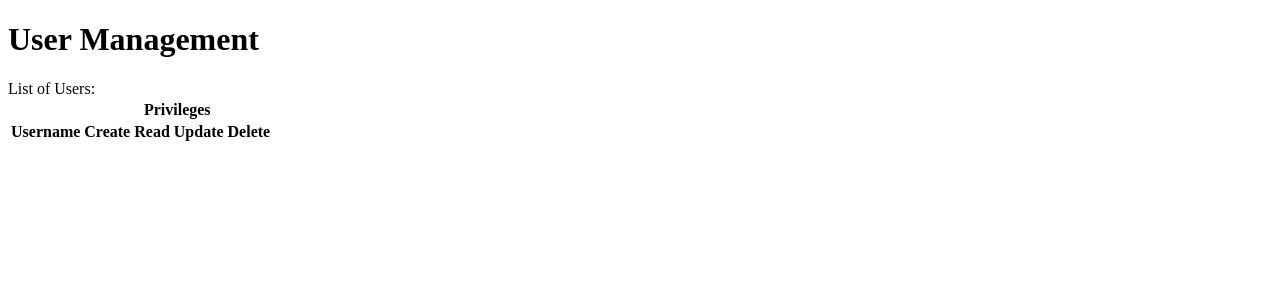
Repository: danalenvargas/TrainingWorkspace
Page: http://localhost/CaseStudyDraft/usermanagement.jsp
These files come from the project's save history. The page is drawn as it stood at one moment and after the next save; the edit follows.
The browser window is 1280 px wide. The pictures show the whole page.
The page is served by Tomcat 9. Other server files are loaded and not shown.

Above is the page before, as saved 2018-08-27 00:25:43.

### CaseStudyDraft/WebContent/usermanagement.jsp
<%@ taglib prefix = "c" uri = "http://java.sun.com/jsp/jstl/core" %>
<%@ page language="java" contentType="text/html; charset=ISO-8859-1"
    pageEncoding="ISO-8859-1"%>
<!DOCTYPE html PUBLIC "-//W3C//DTD HTML 4.01 Transitional//EN" "http://www.w3.org/TR/html4/loose.dtd">
<html>
<head>
<meta http-equiv="Content-Type" content="text/html; charset=ISO-8859-1">
<title>User Management</title>
</head>
<body>
<h1>User Management</h1>
List of Users: <br>
<table>
	<tr>
		<th></th>
		<th colspan="4">Privileges</th>
	</tr>
	<tr>
		<th>Username</th>
		<th>Create</th>
		<th>Read</th>
		<th>Update</th>
		<th>Delete</th>
	</tr>
	<c:forEach items="${userList}" var="account">
		<tr>
			<td>${account.username}</td>
			<td>${account.canCreate}</td>
			<td>${account.canRead}</td>
			<td>${account.canUpdate}</td>
			<td>${account.canDelete}</td>
		</tr>
	</c:forEach>
</table>
</body>
</html>

After the next save:
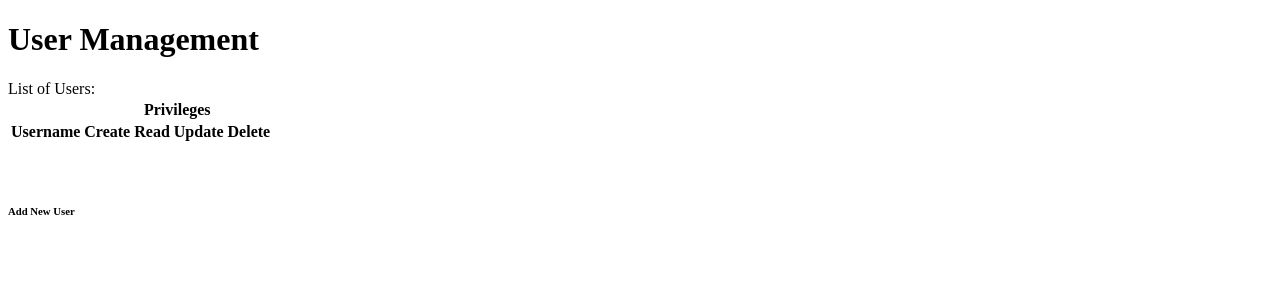
Saved 60 s later.
--- a/CaseStudyDraft/WebContent/usermanagement.jsp
+++ b/CaseStudyDraft/WebContent/usermanagement.jsp
@@ -32,5 +32,10 @@ List of Users: <br>
 		</tr>
 	</c:forEach>
 </table>
+<br><br>
+<h6>Add New User</h6>
+<form action="'">
+
+</form>
 </body>
 </html>
